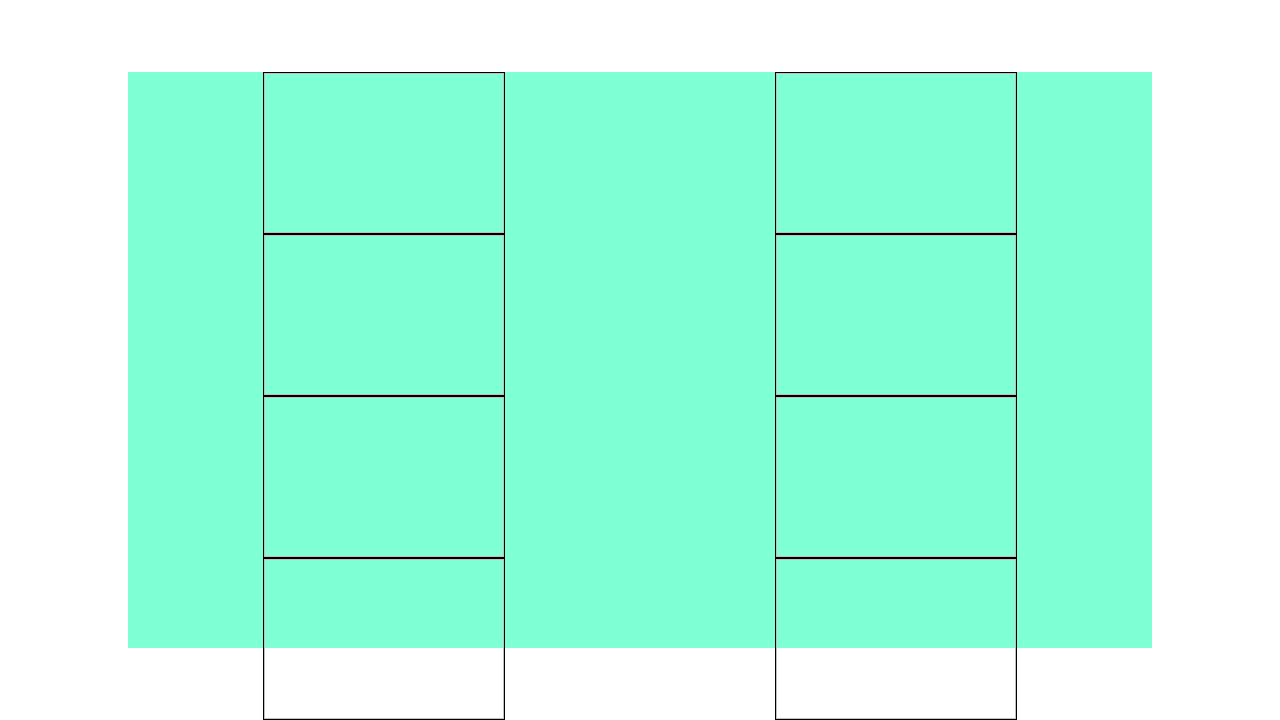
Repository: lidkaa/devTasks
Page: 0. Zadania Testowe/zadania/FlexboxCentered.html
These files come from the project's save history. The page is drawn as it stood at one moment and after the next save; the edit follows.
The browser window is 1280 px wide. The pictures show the whole page.

Above is the page before, as saved 2022-02-01 09:38:16.

### 0. Zadania Testowe/zadania/FlexboxCentered.html
<!DOCTYPE html>
<html lang="en">
<head>
    <meta charset="UTF-8">
    <meta http-equiv="X-UA-Compatible" content="IE=edge">
    <meta name="viewport" content="width=device-width, initial-scale=1.0">
    <link rel="stylesheet" type="text/css" href="flexboxcentered.css">
    <title>Document</title>
</head>
<body>
    <div class="presentation">
        <ul class="cells">
            <li class="cell">
                <img />
            </li>
            <li class="cell">
                <img />
            </li>
            <li class="cell">
                <img />
            </li>
            <li class="cell">
                <img />
            </li>
            <li class="cell">
                <img />
            </li>
            <li class="cell">
                <img />
            </li>
            <li class="cell">
                <img />
            </li>
            <li class="cell">
                <img />
            </li>
            <li class="cell">
                <img />
            </li>
        </ul>
    </div>
</body>
</html>

### 0. Zadania Testowe/zadania/flexboxcentered.css
* {
    margin: 0;
    padding: 0;
}

.presentation {
    position: fixed;
    height: 100vh;
    width: 100vw;
    display: flex;
    justify-content: center;
    align-items: center;
}

.cells {
    display: flex;
    justify-content: space-around;
    align-items: center;
    flex-direction: row;
    flex-wrap: wrap;
    list-style-type: none;
    height: 80vh;
    width: 80vw;
    background-color: aquamarine;
}

.cell {
    height: 10em;
    width: 15em;
    border: 1px solid black;
    margin: 0 90px;
    overflow: hidden;
    transition: 2s ;
}

img {
    width: 100%;
    height: 100%;
    /* background-image: url('./pexel/pexel1.jpg'); */
    background-position: center;
    background-size: 100%;
    background-repeat: no-repeat;
  }

  .cell:hover {

  }

After the next save:
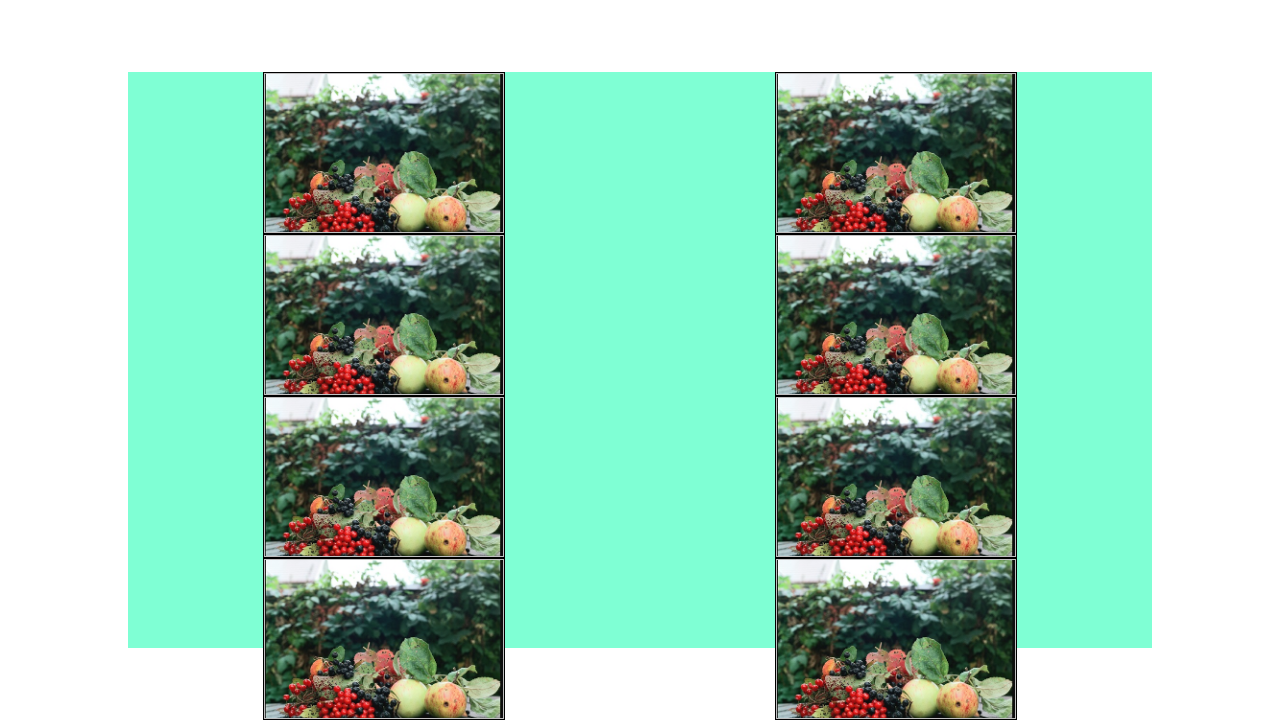
Saved 4 s later.
--- a/0. Zadania Testowe/zadania/flexboxcentered.css
+++ b/0. Zadania Testowe/zadania/flexboxcentered.css
@@ -36,7 +36,7 @@
 img {
     width: 100%;
     height: 100%;
-    /* background-image: url('./pexel/pexel1.jpg'); */
+    background-image: url('./pexel/pexel1.jpg');
     background-position: center;
     background-size: 100%;
     background-repeat: no-repeat;

After the 2 saves that followed:
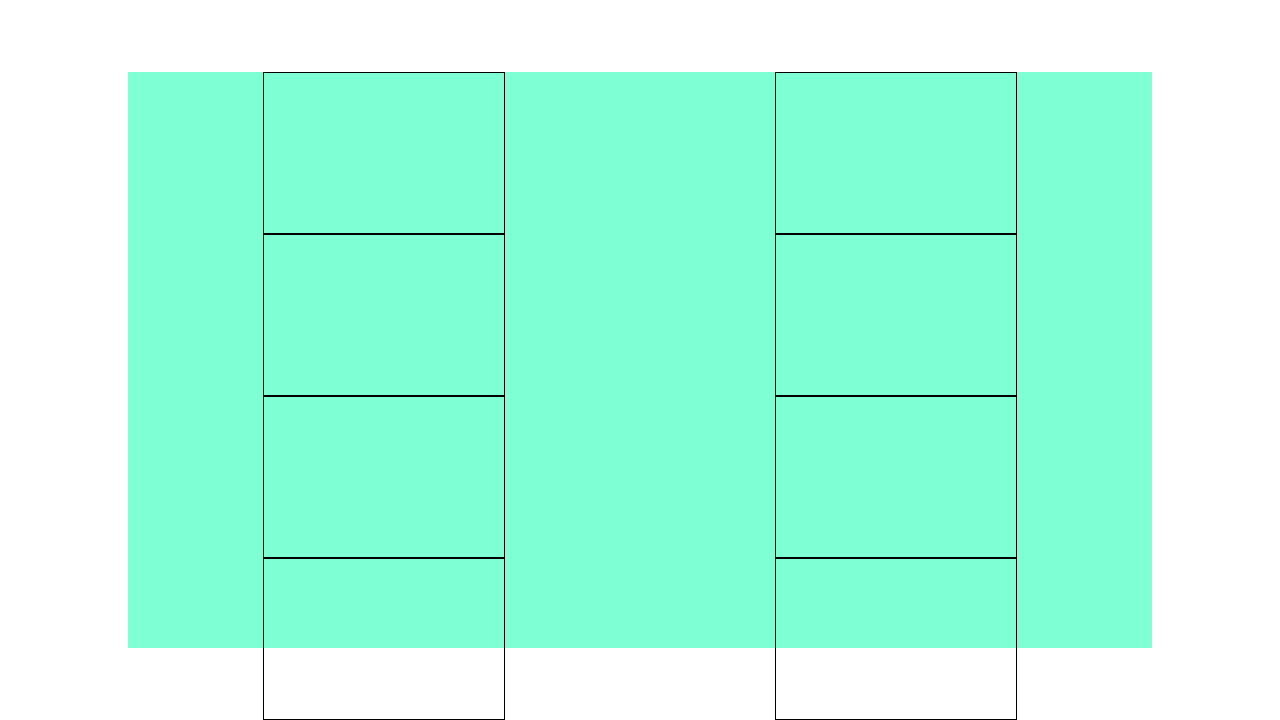
The 2 saves are shown as one change because 1 left the picture as it was.
The last was saved 30 s later.
--- a/0. Zadania Testowe/zadania/flexboxcentered.css
+++ b/0. Zadania Testowe/zadania/flexboxcentered.css
@@ -33,7 +33,7 @@
     transition: 2s ;
 }
 
-img {
+img:nth-child(0) {
     width: 100%;
     height: 100%;
     background-image: url('./pexel/pexel1.jpg');
